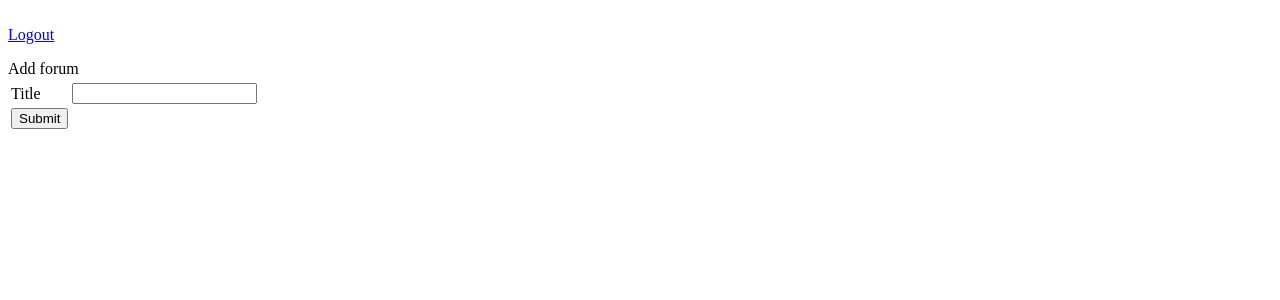
Repository: TeodorZlatev/Homework
Page: http://localhost/Web/forum.jsp
An editor plug-in stored every save of this project. The page is shown before and after the next save, followed by the edit.
The browser window is 1280 px wide. The pictures show the whole page.
The page is served by Tomcat 9. Queries for data that is not in the repository find no rows.

Above is the page before, as saved 2016-04-25 11:12:48.

After the next save:
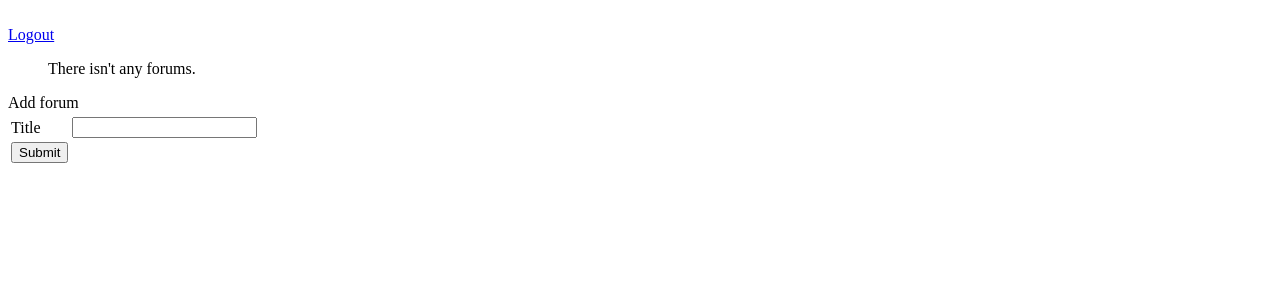
Saved 2 min 45 s later.
--- a/HomeworkWeb/Web/WebContent/forum.jsp
+++ b/HomeworkWeb/Web/WebContent/forum.jsp
@@ -16,7 +16,9 @@
 	<ul style="list-style-type: square">
 		<%
 			List<Forum> list = DBManager.getAllForums();
-
+			if (list.size() == 0) {
+				out.println("There isn't any forums.");
+			}
 			for (int i = 0; i < list.size(); i++) {
 		%>
 		<li>
